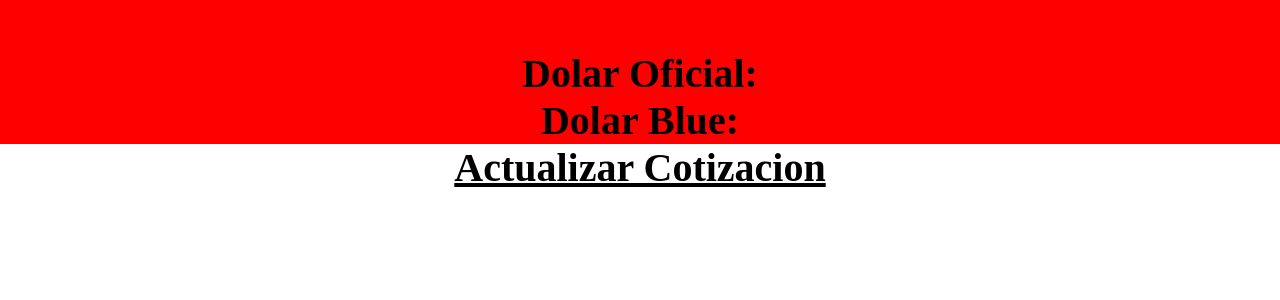
Repository: matias4633/Bill-Metal
Page: BillMetal/widget/BillMetal/index.html
An editor plug-in stored every save of this project. The page is shown before and after the next save, followed by the edit.
The browser window is 1280 px wide. The pictures show the whole page.
The page's requests for data from a server got no answer.

Above is the page before, as saved 2022-07-15 02:35:05.
Console error (its wording comes from the project's code and is left out).

### BillMetal/widget/BillMetal/index.html
<!DOCTYPE html>
<html>

<head>
  <meta charset="UTF-8">
  <link rel="stylesheet" type="text/css" href="css/style.css">
  <script src="js/main.js"></script>
  <style></style>
</head>

<body>
  <div id="page">
    <div id="container">
      <p id="texto-oficial">Dolar Oficial: <div id="oficial"></div>
      <div id="texto-blue">Dolar Blue: <div id="blue"></div> </div>
      <div id="contactualizar"><a id="actualizar" href="javascript:location.reload()">Actualizar Cotizacion</a></div>
      </p>

    </div>
  </div>
</body>

</html>

### BillMetal/widget/BillMetal/css/style.css
html,
body {
    width: 100%;
    height: 100%;
    margin: 0;
    padding: 0;
}
#page {
    background-color: white;
    color: #fff;
    height: 100%;
    position: relative;
    width: 100%;
}
#container {
    width: 100%;
    height: 100%;
}
#texto-oficial {
    font-weight: bold;
    font-size: 40px;
    color: black;
    padding-top: 50px;
    vertical-align: text-bottom;
    margin: 0;
    text-align: center;
    background: red
}
#oficial {
    background: blue;
    font-weight: bold;
    font-size: 40px;
    text-align: center;
    color: black;
}
#texto-blue {
    font-weight: bold;
    font-size: 40px;
    color: black;
    margin: 0;
    text-align: center;
    background: red
}
#blue {
    background: blue;
    font-weight: bold;
    font-size: 40px;
    text-align: center;
    color: black;
}
#contactualizar{
	text-align:center;
}
#actualizar {

    font-weight: bold;
    font-size: 40px;

    color: black;
}

### BillMetal/widget/BillMetal/js/main.js
window.onload = function() {
  console.log('+[window.onload]');
  // Do nothing now
  const url = 'https://criptoya.com/api/dolar';

  let respuesta= new XMLHttpRequest();
  respuesta.open('GET',url);

  respuesta.onreadystatechange=function(){

      if(respuesta.readyState === XMLHttpRequest.DONE){

          let respuestaJson= JSON.parse(this.responseText);
          console.log(respuestaJson);
          document.getElementById('oficial').innerText = respuestaJson.oficial;
          document.getElementById('blue').innerText= respuestaJson.blue;
      }
  };
  respuesta.send();



};

After the next save:
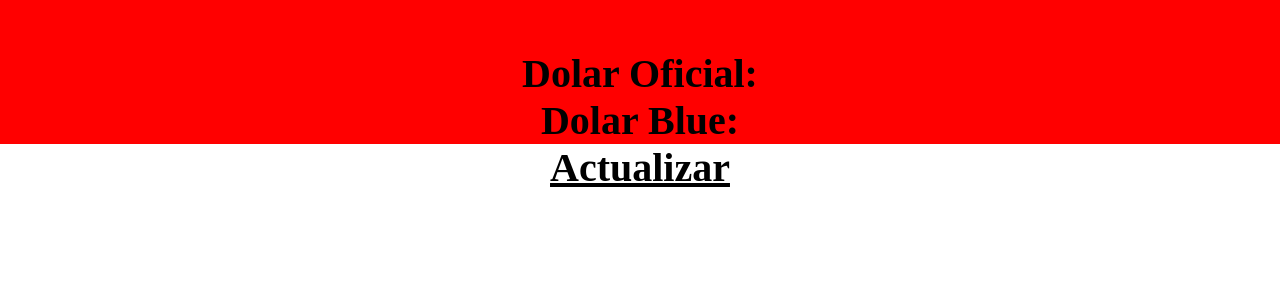
Saved 21 s later.
--- a/BillMetal/widget/BillMetal/index.html
+++ b/BillMetal/widget/BillMetal/index.html
@@ -13,7 +13,7 @@
     <div id="container">
       <p id="texto-oficial">Dolar Oficial: <div id="oficial"></div>
       <div id="texto-blue">Dolar Blue: <div id="blue"></div> </div>
-      <div id="contactualizar"><a id="actualizar" href="javascript:location.reload()">Actualizar Cotizacion</a></div>
+      <div id="contactualizar"><a id="actualizar" href="javascript:location.reload()">Actualizar</a></div>
       </p>
 
     </div>
